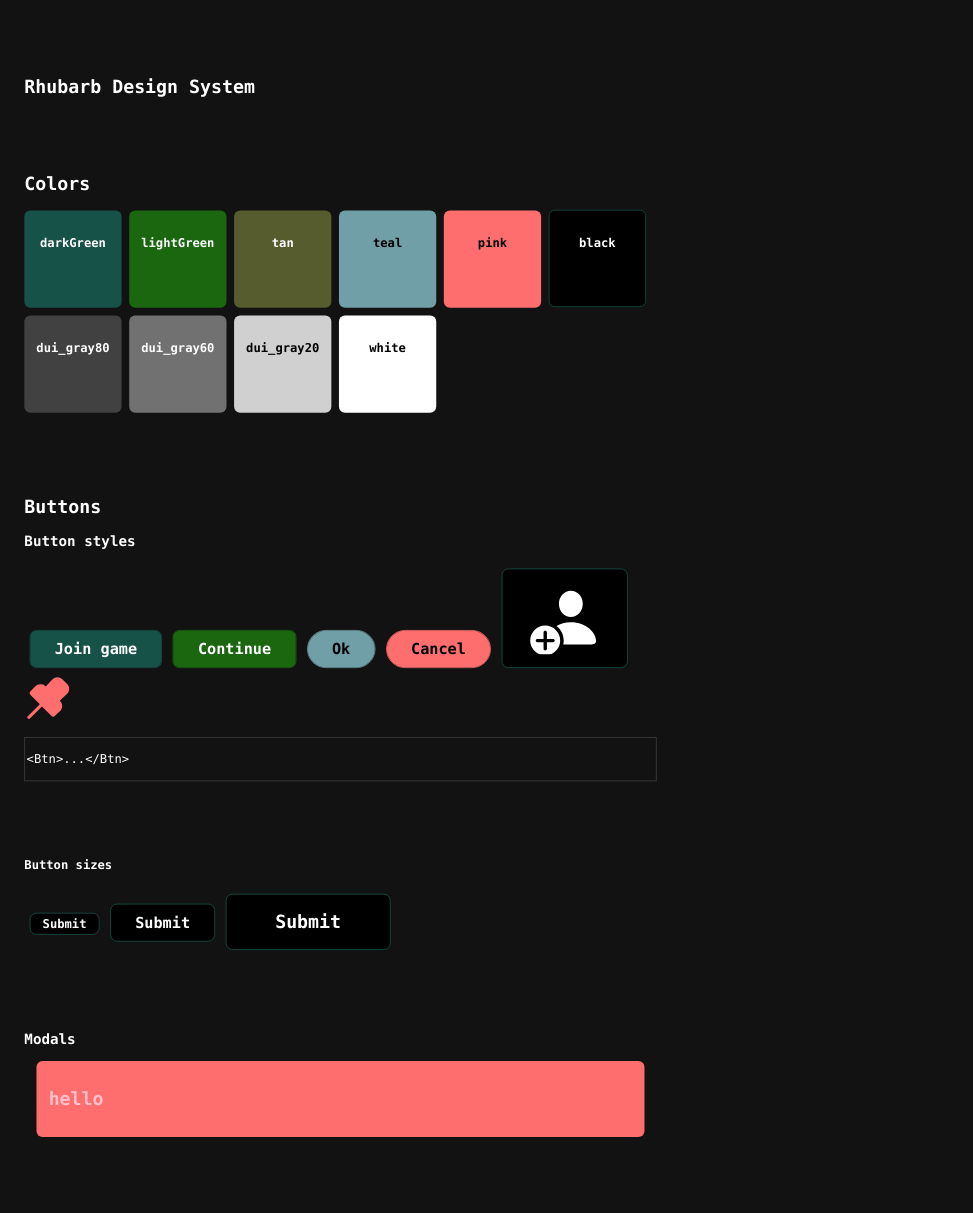
Repository: kttalley/designing-with-data_react-class
Page: / (app in lesson6_design-system-component-extension/)
The author's editor kept a copy of each file at every save. The page is drawn from the files as they stood at one save, then again after the next save.
The browser window is 1280 px wide. The pictures show the whole page, at 76% of full size.
The project was rebuilt for these pictures with package versions that can differ from the ones it lists, and the page was loaded fresh each time. Imported but missing from the stored project, and not drawn on this page: lesson6_design-system-component-extension/src/Rhubarb/Input.

Above is the page before, as saved 2023-09-01 09:57:28.

### lesson6_design-system-component-extension/src/App.js
import React, { Component } from 'react';
import { DocsSection, DocsColorBox, DocsModalContainer, DocsCodeBlock } from './Docs';
import Icon from './Rhubarb/Icon'

import {
  GlobalStyle,
  Btn,
  Modal,
  fontSize,
  color,
} from './Rhubarb';

class App extends Component {
  render() {
    return (
      <div>
        <GlobalStyle />

        <DocsSection>
          <h1>Rhubarb Design System</h1>
        </DocsSection>
        <DocsSection>
          <h2>Colors</h2>
          <DocsColorBox color="darkGreen">darkGreen</DocsColorBox>
          <DocsColorBox color="lightGreen">lightGreen</DocsColorBox>
          <DocsColorBox color="tan">tan</DocsColorBox>
          <DocsColorBox color="teal">teal</DocsColorBox>
          <DocsColorBox color="pink">pink</DocsColorBox>
          <DocsColorBox color="black">black</DocsColorBox>
          <DocsColorBox color="dui_gray80">dui_gray80</DocsColorBox>
          <DocsColorBox color="dui_gray60">dui_gray60</DocsColorBox>
          <DocsColorBox color="dui_gray20">dui_gray20</DocsColorBox>
          <DocsColorBox color="white">white</DocsColorBox>
        </DocsSection>

        <DocsSection>
          <h2>Buttons</h2>
          <h3>Button styles</h3>
          <Btn color="darkGreen">Join game</Btn>
          <Btn color="lightGreen">Continue</Btn>
          <Btn color="teal"  roundness="pill">Ok</Btn>
          <Btn color="pink"  roundness="pill">Cancel</Btn>
          <Btn><Icon name="add" color="#ffffff" size={100}></Icon></Btn>
          <Icon name="pin" color={color.pink} size={fontSize[5]} />
          <DocsCodeBlock>
            <p>
              {"<Btn>...</Btn>"}
            </p>
          </DocsCodeBlock>
      </DocsSection>
      <DocsSection>
          <h4>Button sizes</h4>
          <Btn size="sm">Submit</Btn>
          <Btn>Submit</Btn>
          <Btn size="lg">Submit</Btn>
        </DocsSection>


        <DocsSection>
          <h3>Modals</h3>
          <Modal color="pink"><h1>hello</h1></Modal>

        </DocsSection>
      </div>
    );
  }
}

export default App;

### lesson6_design-system-component-extension/src/Docs/index.js
import styled from 'styled-components';
import {color, space, isDarkBackground, fontSize} from '../Rhubarb';

export const DocsColorBox = styled.div`
background-color: ${ props => color[props.color] ? color[props.color] : color.black };
  color: ${props => isDarkBackground(props.color) ? color.black : color.white};
  height: ${space[6] + 'px'};
  width: ${space[6] + 'px'};
  padding-top: 33px;
  text-align: center;
  font-weight: bold;
  display: inline-block;
  margin-right: 10px;
  margin-bottom: 10px;
  border-radius: 8px;
  border: ${props => props.color === "black" ? '1px solid' + color.darkGreen : 'none'}
`;

export const DocsSection = styled.section`
  margin: 100px 32px;
  max-width: 832px;
`;

export const DocsModalContainer = styled.section`
  position: relative;
  height: 300px;
  border-radius: 3px;
  background: ${color.dui_gray80}
`;

export const DocsCodeBlock = styled.code`
  border: 1px solid ${color.dui_gray80};
  color: ${color.dui_gray60}
  border-radius: 8px;
  display: block;
  font-family: consolas, monospace;
  line-height: 1.3;
  padding: ${space[1] + 'px'};
  white-space: pre-line;
  font-size: ${fontSize[1]};
  margin-top: ${space[3] + 'px'};
  transition: 0.15s color ease;

  &::selection {
    color: ${color.black};
    background-color: ${color.pink};
  }

  &:hover {
    color: ${color.white};
  }


`;

### lesson6_design-system-component-extension/src/Rhubarb/Icon.js
import React from 'react';



const Icon = function(props) {
    const {name, color="white", size=16, ...rest} = props;
    const Drawing = IconMap[name] ? IconMap[name] : null;

    return (
        <svg
            width={size}
            height={size}
            {...rest}
            viewBox="0 0 32 32"
        >
            <Drawing color={color} />
        </svg>
    );
}

function Add(props) {
    return (
        <path fill={props.color} d="M18.6025 16.2451C15.8604 16.2451 13.5879 13.8203 13.5879 10.6846C13.5752 7.65039 15.8857 5.25098 18.6025 5.25098C21.332 5.25098 23.6172 7.625 23.6172 10.6719C23.6172 13.8203 21.3447 16.2451 18.6025 16.2451ZM18.5898 18.5176C25.1406 18.5176 29.2158 23.0117 29.2158 26.2744C29.2158 27.3789 28.5049 27.874 26.7783 27.874H15.4033C15.5303 27.3408 15.5938 26.7695 15.5938 26.1982C15.5938 23.6973 14.4004 21.4756 12.5596 20.0537C14.1719 19.127 16.2158 18.5176 18.5898 18.5176ZM7.79883 32.5078C4.3457 32.5078 1.48926 29.6641 1.48926 26.1982C1.48926 22.7324 4.3457 19.876 7.79883 19.876C11.2646 19.876 14.1211 22.7324 14.1211 26.1982C14.1211 29.6514 11.2393 32.5078 7.79883 32.5078ZM7.81152 30.3496C8.20508 30.3496 8.52246 30.0703 8.52246 29.6641V26.8584H11.125C11.5059 26.8584 11.8105 26.5664 11.8105 26.1855C11.8105 25.8047 11.5059 25.5127 11.125 25.5127H8.52246V22.7197C8.52246 22.3008 8.20508 22.0342 7.81152 22.0342C7.41797 22.0342 7.10059 22.3008 7.10059 22.7197V25.5127H4.48535C4.11719 25.5127 3.8125 25.8047 3.8125 26.1855C3.8125 26.5664 4.11719 26.8584 4.48535 26.8584H7.10059V29.6641C7.10059 30.0703 7.41797 30.3496 7.81152 30.3496Z"></path>
    )
}


function Pin(props) {
    return (
        <path fill={props.color} d="M28.1831 13.4035C28.601 12.9858 28.9325 12.49 29.1587 11.9442C29.3849 11.3984 29.5014 10.8134 29.5015 10.2226C29.5016 9.63174 29.3853 9.0467 29.1592 8.50084C28.9332 7.95498 28.6019 7.45899 28.1841 7.0412L24.9849 3.82147C24.1379 2.97781 22.9906 2.50501 21.7951 2.50703C20.5997 2.50904 19.454 2.9857 18.6099 3.83221L14.354 8.35272C14.2599 8.44609 14.1326 8.49847 14 8.49847C13.8674 8.49847 13.7402 8.44609 13.646 8.35272C13.2271 7.93628 12.7279 7.60921 12.1789 7.39132C11.6298 7.17344 11.0422 7.06928 10.4517 7.08514C9.25462 7.11643 8.11615 7.60989 7.27491 8.46209L3.93702 11.9504C3.65616 12.2318 3.49835 12.6131 3.49816 13.0107C3.49797 13.4083 3.65543 13.7898 3.93602 14.0715L10.2144 20.3666L2.29341 28.2931C2.20056 28.386 2.12691 28.4962 2.07666 28.6175C2.02641 28.7389 2.00055 28.8689 2.00055 29.0002C2.00055 29.1315 2.02641 29.2615 2.07666 29.3828C2.12691 29.5041 2.20056 29.6144 2.29341 29.7072C2.38626 29.8001 2.49649 29.8737 2.6178 29.924C2.73911 29.9742 2.86913 30.0001 3.00044 30.0001C3.13175 30.0001 3.26177 29.9742 3.38308 29.924C3.5044 29.8737 3.61462 29.8001 3.70747 29.7072L11.6266 21.7825L17.8891 28.0617C18.0288 28.2015 18.1948 28.3122 18.3775 28.3877C18.5602 28.4631 18.7559 28.5016 18.9536 28.5012C19.1477 28.5019 19.3402 28.4644 19.5198 28.3906C19.6995 28.3169 19.8628 28.2084 20.0004 28.0715L23.5463 24.718C24.4021 23.8866 24.8934 22.7498 24.9124 21.5568C24.9315 20.3638 24.4767 19.212 23.6479 18.3537C23.555 18.2608 23.5025 18.135 23.5015 18.0036C23.5006 17.8722 23.5515 17.7458 23.643 17.6515L28.1831 13.4035Z"></path>
    )
}
function Cancel(props) {
    return (
        <path fill={props.color} d="M29 16C29 23.1797 23.1797 29 16 29C8.8203 29 3 23.1797 3 16C3 8.8203 8.8203 3 16 3C23.1797 3 29 8.8203 29 16ZM16.9957 6.9078C16.9481 6.39344 16.5166 6 16 6C15.4834 6 15.0519 6.39344 15.0043 6.9078L14.438 13.0238L13.796 12.3818L13.6593 11.265C13.5997 10.7785 13.1962 10.4068 12.7064 10.3873C12.4524 10.3772 12.2141 10.4634 12.0298 10.6156L9.70711 8.29289C9.31658 7.90237 8.68342 7.90237 8.29289 8.29289C7.95024 8.63555 7.90824 9.16501 8.16689 9.55346L22.4466 23.8331C22.835 24.0918 23.3645 24.0498 23.7071 23.7071C24.0976 23.3166 24.0976 22.6834 23.7071 22.2929L21.6914 20.2772C21.812 20.1618 21.9048 20.0154 21.9562 19.8473L22.6544 17.5661C22.8345 17.7326 23.0745 17.8319 23.3333 17.8319H26C26.5523 17.8319 27 17.3842 27 16.8319C27 16.2796 26.5523 15.8319 26 15.8319H24.118L23.638 13.8714C23.5309 13.4342 23.145 13.1224 22.6951 13.1096C22.2452 13.0968 21.8422 13.3862 21.7105 13.8166L21.194 15.5038L20.3131 11.1866C20.2151 10.7063 19.7834 10.3679 19.2936 10.3873C18.8038 10.4068 18.4003 10.7785 18.3407 11.265L17.8046 15.6439L16.9957 6.9078ZM18.9044 23.1194L16.2417 20.4567L16.6709 25.0922C16.718 25.6009 17.1411 25.9924 17.6519 25.9999C18.1628 26.0074 18.5972 25.6287 18.6593 25.1215L18.9044 23.1194ZM15.7993 20.0142L10.8878 15.1028L10.806 15.5038L10.593 14.808L8.96462 13.1796C8.67 13.2965 8.4407 13.5501 8.36203 13.8714L7.88198 15.8319H6C5.44772 15.8319 5 16.2796 5 16.8319C5 17.3842 5.44772 17.8319 6 17.8319H8.66667C8.92551 17.8319 9.16553 17.7326 9.3456 17.5661L10.0438 19.8473C10.1776 20.2846 10.5911 20.5754 11.0478 20.5535C11.5046 20.5316 11.8884 20.2026 11.9798 19.7545L12.4197 17.5986L13.3407 25.1215C13.4028 25.6287 13.8372 26.0074 14.3481 25.9999C14.8589 25.9924 15.282 25.6009 15.3291 25.0922L15.7993 20.0142ZM19.7257 18.3115L19.5184 18.1042L19.5803 17.5986L19.7257 18.3115Z"/>
    )
};

const IconMap = {
    "add": Add,
    "pin": Pin,
    "cancel": Cancel,
};


export default Icon;

### lesson6_design-system-component-extension/src/Rhubarb/index.js
//this file indexes all Rhubarb components for export

import { createGlobalStyle } from "styled-components";

export const GlobalStyle = createGlobalStyle`
  * {
    box-sizing: border-box;
  }

  body {
    margin: 0;
    padding: 0;
    font-family: menlo, sans-serif;
    background-color: #121212;
    color: white;
  }
`;


export * from './Button';
export * from './Input';
export * from './Utils';
export * from './Modal';
export * from './Icon';

### lesson6_design-system-component-extension/src/Rhubarb/Button.js
import { color, space, isDarkBackground, fontSize} from './Utils';
import styled, { css } from 'styled-components';

export const Btn = styled.button`
  background-color: ${ props => color[props.color] ? color[props.color] : color.black };
  color: ${props => isDarkBackground(props.color) ? color.black : color.white};
  outline: 1px solid ${ props => color[props.color] ? color[props.color] : color.darkGreen };
  border-radius: 8px;
  padding: ${space[3] + 'px'};
  margin: ${space[2] + 'px'};
  font-family: menlo;
  font-weight: bold;
  border: none;
  transition: 0.1s all ease;
  font-size: ${fontSize[2]};
  padding: ${space[2] + 4 + 'px'} ${space[4] + 'px'};

  &:hover {
    cursor: pointer;
    filter: brightness(1.1);
    transform: scale(1.1);
  }

  ${props => props.size === 'sm' && css`
    font-size: ${fontSize[1]};
    padding: ${space[1] + 2 + 'px'} ${space[3] + 'px'};
  ` }

    ${props => props.size === 'lg' && css`
      font-size: ${fontSize[3]};
      padding: ${space[3] + 6 + 'px'} ${space[5] + 'px'};
  ` }

  ${props => props.roundness === 'pill' && css`
    border-radius: 32px;
  `}

  ${props => props.color === "black" && css`
    outline: 2px solid green;

  `}


`;

### lesson6_design-system-component-extension/src/Rhubarb/Utils.js
export const color = {

  //core colors
  darkGreen: '#165247',
  tan: '#565C2D',
  lightGreen: '#1A6710',
  teal: '#719FA7',
  pink: '#FF6E6E',

  //grayscale - needs lui
  black: '#000000',
  dui_gray80: '#FFFFFF33',
  dui_gray60: '#FFFFFF66',
  dui_gray40: '##FFFFFF44',
  dui_gray20: '#FFFFFFCC',
  white: '#FFFFFF',
  // solid grays, no opacity,
  //for sake of utility function below
  gray1: '#606060',
  gray2: '#313131',
  gray3: '#181818'

}

export const space = [
  0,
  2,
  8,
  16,
  32,
  64,
  128,
  256,
  512
];

export const fontSize = [
  '14px',
  '16px',
  '20px',
  '24px',
  '32px',
  '64px'
];


export const isDarkBackground = function(color) {
  if (color) {
    if (color.includes('dui_gray20') || color.includes('teal') || color.includes('pink') || color.includes('white')) {
      return true;
    } else {
      return false;
    }
  }
}

### lesson6_design-system-component-extension/src/Rhubarb/Modal.js
import { color, space, fontSize, isDarkBackground} from './Utils';
import React from 'react';
import styled from 'styled-components';
import Icon from './Icon';

export const Modal = styled.div`
  background-color: ${props => color[props.color] ? color[props.color] : color.black };
  color: pink;
  padding: 1rem;
  margin: 1rem;
  border-radius: ${space[2] + 'px'};
`;


export const ModalDismissIcon = styled(Icon)`
  float: right;
  transition: 0.2s opacity ease;
  cursor: pointer;

  &:hover {
    opacity: 0.6;
  }
`;

Loaded but not shown: lesson6_design-system-component-extension/public/index.html (common file); lesson6_design-system-component-extension/src/index.js (common file); lesson6_design-system-component-extension/src/index.css (common file); lesson6_design-system-component-extension/src/reportWebVitals.js (common file)

After the next save:
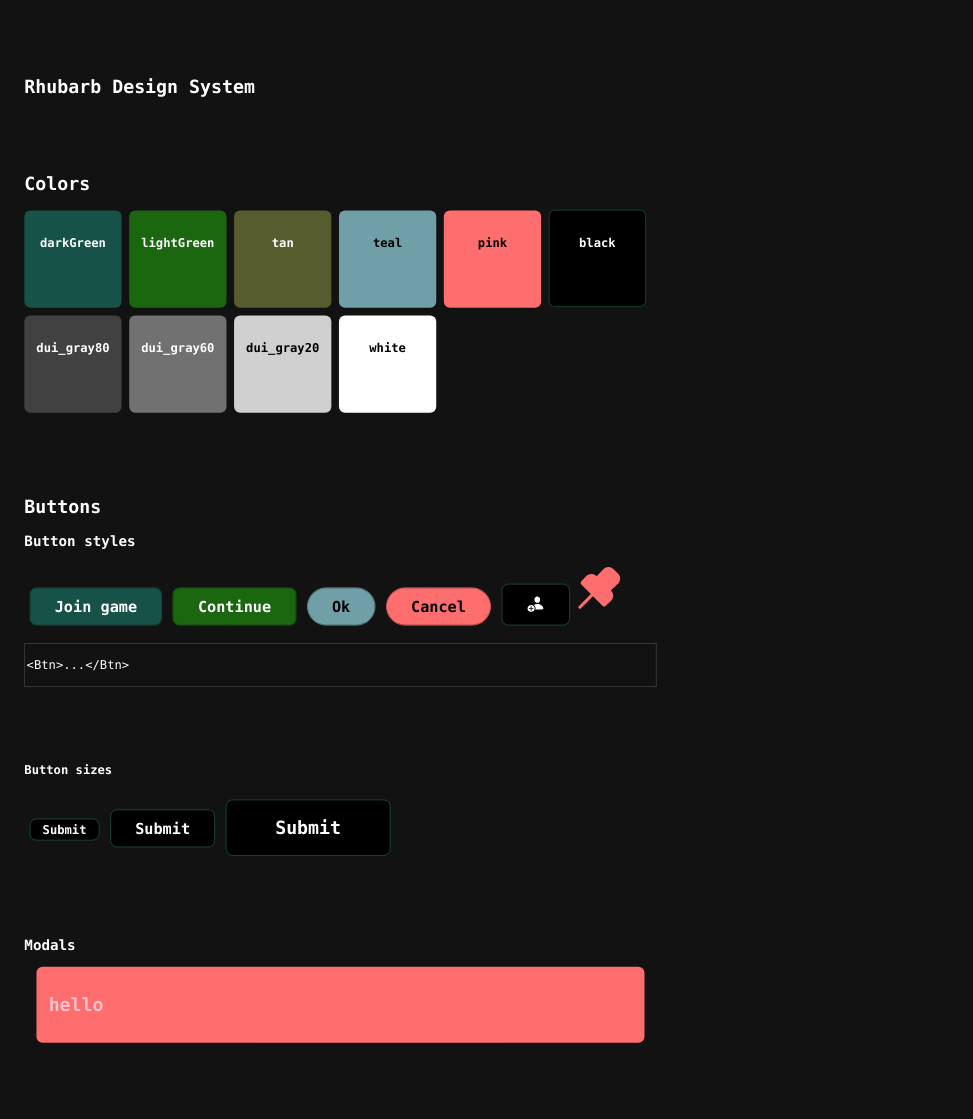
Saved 12 s later.
--- a/lesson6_design-system-component-extension/src/App.js
+++ b/lesson6_design-system-component-extension/src/App.js
@@ -40,7 +40,7 @@ class App extends Component {
           <Btn color="lightGreen">Continue</Btn>
           <Btn color="teal"  roundness="pill">Ok</Btn>
           <Btn color="pink"  roundness="pill">Cancel</Btn>
-          <Btn><Icon name="add" color="#ffffff" size={100}></Icon></Btn>
+          <Btn><Icon name="add" color="#ffffff" size={fontSize[3]}></Icon></Btn>
           <Icon name="pin" color={color.pink} size={fontSize[5]} />
           <DocsCodeBlock>
             <p>
